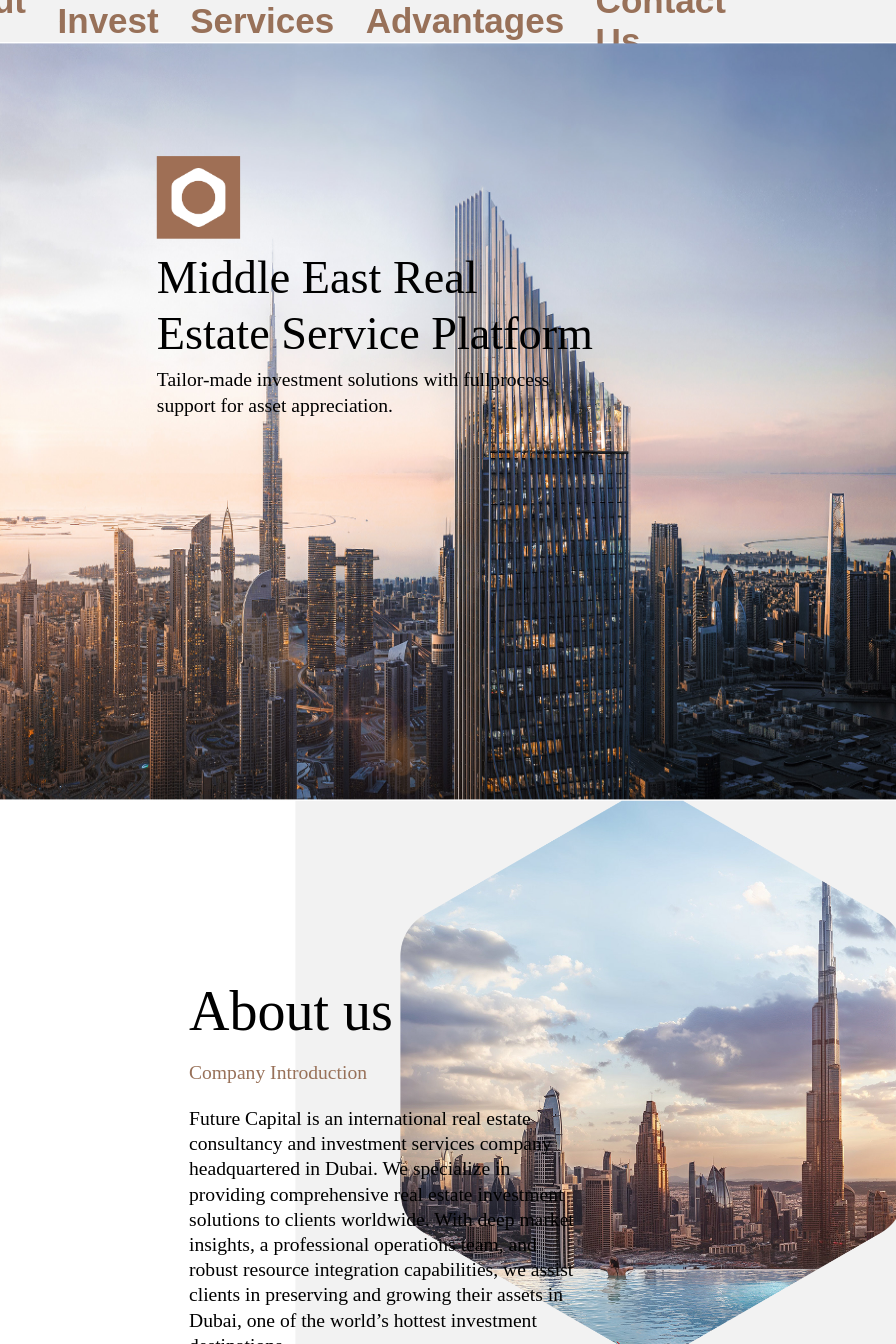
Repository: hcliu987/FutureCapital
Page: /
These files come from the project's save history. The page is drawn as it stood at one moment and after the next save; the edit follows.
The browser window is 1280 px wide. The pictures show the part of the page from y = 0 to 1920 px (the page is 8610 px tall), at 70% of full size.
The project was rebuilt for these pictures with package versions that can differ from the ones it lists, and the page was loaded fresh each time. Also part of the build but not shown: vue.config.js.

Above is the page before, as saved 2025-01-18 14:05:11.

After the next save:
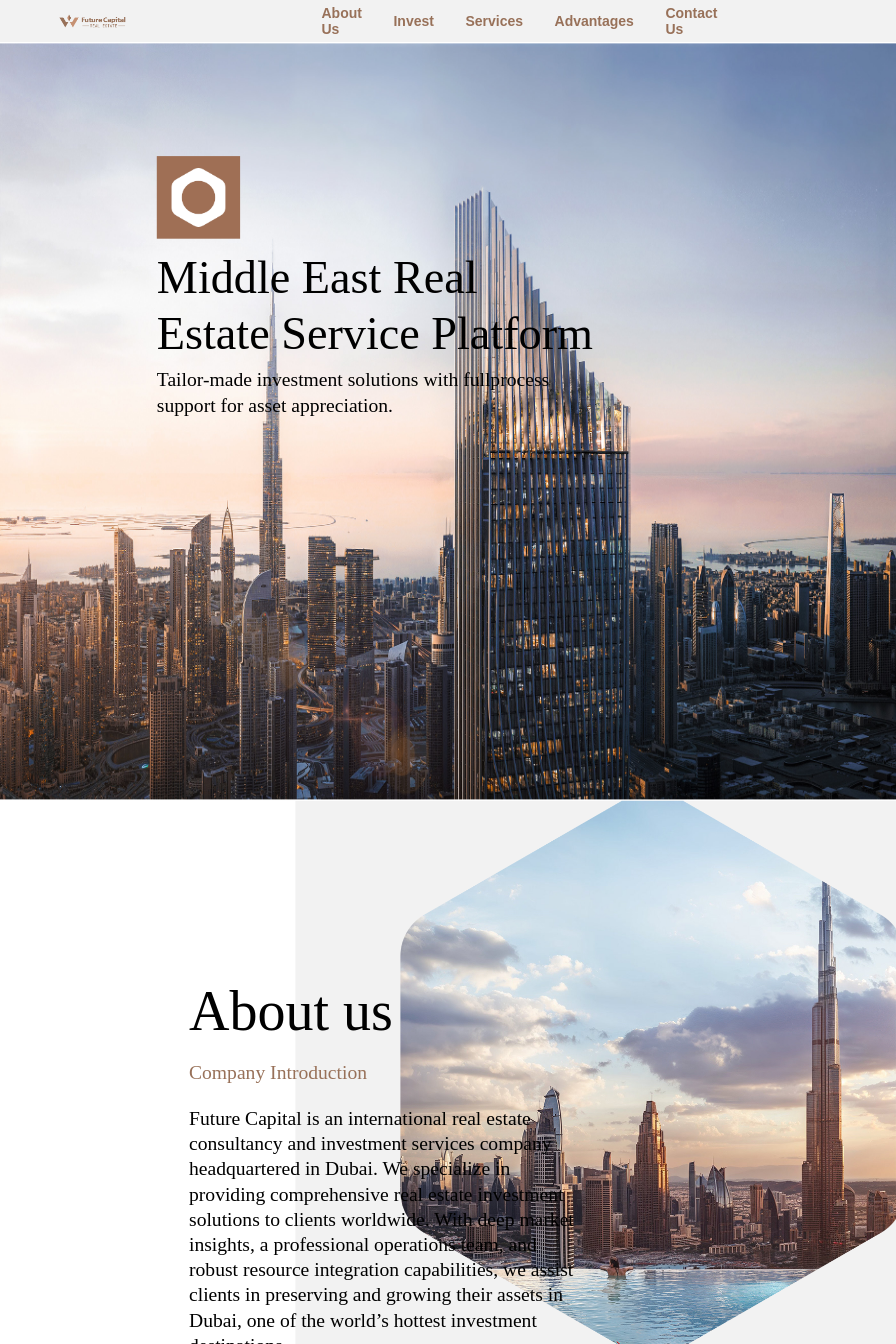
Saved 6 s later.
--- a/src/components/homePage.vue
+++ b/src/components/homePage.vue
@@ -261,7 +261,7 @@
 .nav .right a {
   color: #987159;
   text-decoration: none;
-  font-size: 50px;
+  font-size: 20px;
 }
 .aboutUs {
   width: 100%;
